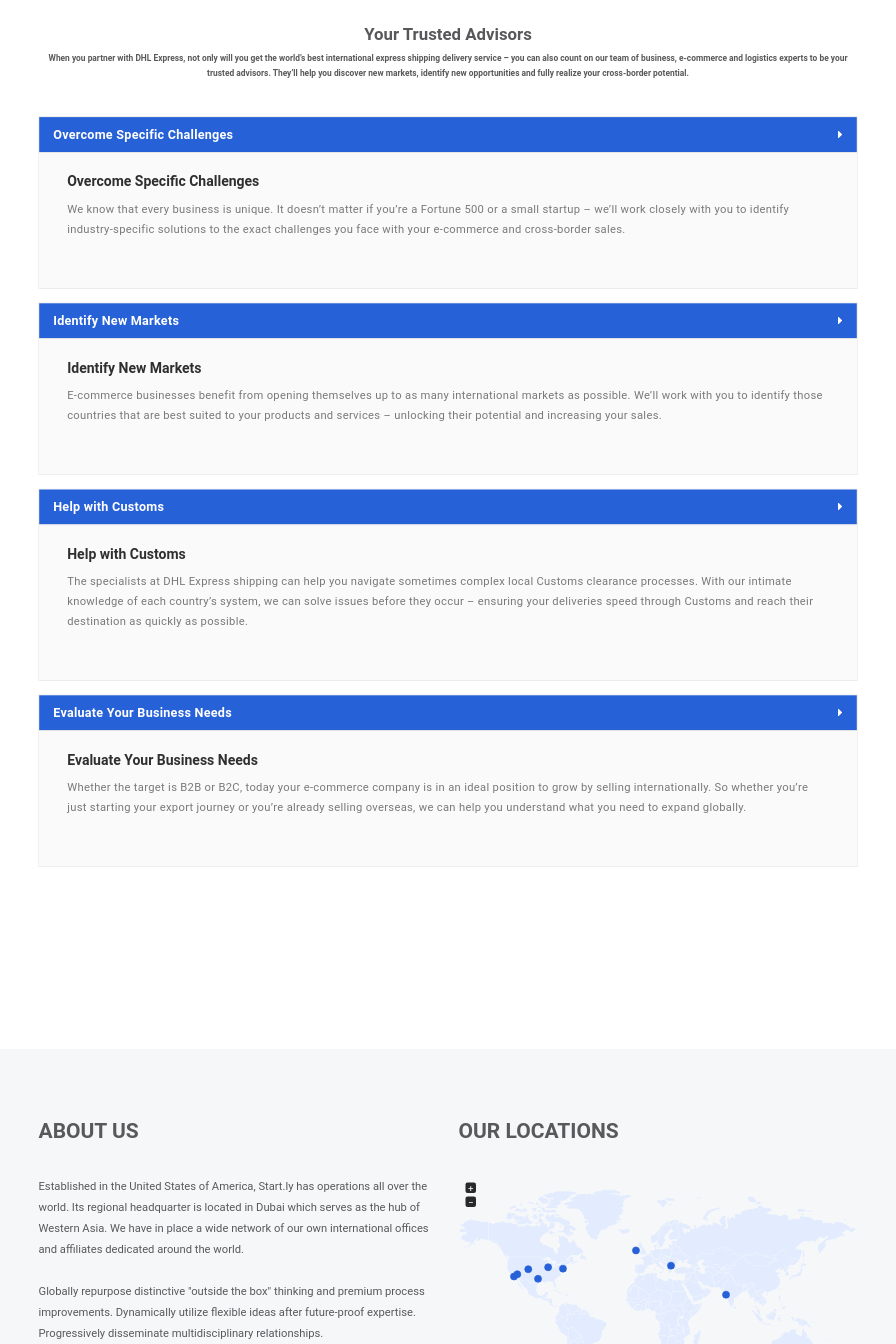
Repository: greatchriz/shipery
Page: http://localhost/
An editor plug-in stored every save of this project. The page is shown before and after the next save, followed by the edit.
The browser window is 1280 px wide. The pictures show the part of the page from y = 1316 to 3236 px (the page is 4016 px tall before and 4007 px after), at 70% of full size.
The page is served by the project's Laravel application, run on PHP 8.4 with Laravel 10. Other server files are loaded and not shown.

Above is the page before, as saved 2024-02-02 17:45:38.
Console error: TypeError: navbar.affix is not a function

### routes/web.php
<?php

use App\Http\Controllers\ItemController;
use App\Http\Controllers\ProfileController;
use Illuminate\Support\Facades\Route;
use App\Http\Controllers\MainPageController;
use App\Http\Controllers\DashboardController;
/*
|--------------------------------------------------------------------------
| Web Routes
|--------------------------------------------------------------------------
|
| Here is where you can register web routes for your application. These
| routes are loaded by the RouteServiceProvider and all of them will
| be assigned to the "web" middleware group. Make something great!
|
*/

Route::get('/', [MainPageController::class, 'home'])->name('home');
Route::get('/about-us', [MainPageController::class, 'aboutUs'])->name('about-us');
Route::get('/contact-us', [MainPageController::class, 'contactUs'])->name('contact-us');
Route::get('/tracking', [MainPageController::class, 'tracking'])->name('tracking');
Route::post('/track', [ItemController::class, 'show'])->name('track');


Route::get('/dashboard', [DashboardController::class, 'dashboard'])->middleware(['auth', 'verified'])->name('dashboard');

Route::get('/senders', [DashboardController::class, 'senderIndex'])->middleware(['auth', 'verified'])->name('sender.index');

Route::middleware('auth')->group(function () {
    Route::get('/profile', [ProfileController::class, 'edit'])->name('profile.edit');
    Route::patch('/profile', [ProfileController::class, 'update'])->name('profile.update');
    Route::delete('/profile', [ProfileController::class, 'destroy'])->name('profile.destroy');
});

require __DIR__.'/auth.php';

### app/Http/Controllers/MainPageController.php
<?php

namespace App\Http\Controllers;

use App\Models\MainPage;
use Illuminate\Http\Request;

class MainPageController extends Controller
{
    /**
     * Display a listing of the resource.
     */
    public function home()
    {
        return view('welcome');
    }

    /**
     * Show the form for creating a new resource.
     */
    public function aboutUs()
    {
        return view('about');
    }

    public function contactUs()
    {
        return view('contact');
    }


    public function tracking()
    {
        return view('tracking');
    }


    /**
     * Store a newly created resource in storage.
     */
    public function store(Request $request)
    {
        //
    }

    /**
     * Display the specified resource.
     */
    public function show(MainPage $mainPage)
    {
        //
    }

    /**
     * Show the form for editing the specified resource.
     */
    public function edit(MainPage $mainPage)
    {
        //
    }

    /**
     * Update the specified resource in storage.
     */
    public function update(Request $request, MainPage $mainPage)
    {
        //
    }

    /**
     * Remove the specified resource from storage.
     */
    public function destroy(MainPage $mainPage)
    {
        //
    }
}

### resources/views/welcome.blade.php
<x-front-layout>
    <x-sections.main_slider />

    <x-sections.feature_slider />

    <x-sections.main_feature />

    <x-sections.our_blog />

    <section class="open_position_area">
        <div class="container">
            <div class="main_title">
                <h3 style="font-weight: bolder;">Your Trusted Advisors</h3>
                <p style="margin-top: 10px; font-size: 12px; font-weight: bold">When you partner with DHL Express, not only will you get the world’s best international express shipping delivery service – you can also count on our team of business, e-commerce and logistics experts to be your trusted advisors. They’ll help you discover new markets, identify new opportunities and fully realize your cross-border potential.</p>
              </div>
                <div class="open_position_inner">
                        <div
                                class="panel-group"
                                id="job"
                                role="tablist"
                                aria-multiselectable="true"
                        >

                        <x-sections.get_quote id="hc1" href="hcs1" title="Overcome Specific Challenges" content="We know that every business is unique. It doesn’t matter if you’re a Fortune 500 or a small startup – we’ll work closely with you to identify industry-specific solutions to the exact challenges you face with your e-commerce and cross-border sales"/>
                        <x-sections.get_quote id="hc2" href="hcs2" title="Identify New Markets" content="E-commerce businesses benefit from opening themselves up to as many international markets as possible. We’ll work with you to identify those countries that are best suited to your products and services – unlocking their potential and increasing your sales"/>
                        <x-sections.get_quote id="hc3" href="hcs3" title="Help with Customs" content="The specialists at DHL Express shipping can help you navigate sometimes complex local Customs clearance processes. With our intimate knowledge of each country’s system, we can solve issues before they occur – ensuring your deliveries speed through Customs and reach their destination as quickly as possible"/>
                        {{-- create another one --}}
                        <x-sections.get_quote id="hc4" href="hcs4" title="Evaluate Your Business Needs" content="Whether the target is B2B or B2C, today your e-commerce company is in an ideal position to grow by selling internationally. So whether you’re just starting your export journey or you’re already selling overseas, we can help you understand what you need to expand globally"/>



                    </div>
                </div>
        </div>
    </section>



    <x-sections.testimonials_area />

    <x-sections.about_area />

    <x-sections.client_logo_area />

</x-front-layout>

### resources/views/components/sections/feature_slider.blade.php
<section class="feature_slider_area">
    <div class="container">
      <div class="row feature_row">
        <div class="feature_slider_inner owl-carousel">
          <div class="item">
            <div class="feature_s_item">
              <img
                alt=""
                class="svg social-link"
                src="/img/icon/svg/aeroplane.svg" />
              <a href="#">
                <h4>Air Cargo</h4>
              </a>
              <p>
                Whether you need to ship urgent or oversized cargo, we have the expertise and network to deliver it safely and on time. Our air cargo services cover all major airports around the world, with competitive rates and flexible options.
              </p>
            </div>
          </div>
          <div class="item">
            <div class="feature_s_item">
              <img
                alt=""
                class="svg social-link"
                src="/img/icon/svg/ship.svg" />
              <a href="#">
                <h4>Sea Freight</h4>
              </a>
              <p>
                We offer reliable and cost-effective sea freight solutions for any type of cargo, from containers to bulk and project cargo. Our sea freight services include port-to-port, door-to-door, and multimodal transportation, as well as customs clearance and documentation.
              </p>
            </div>
          </div>
          <div class="item">
            <div class="feature_s_item">
              <img
                alt=""
                class="svg social-link"
                src="/img/icon/svg/delivery-truck.svg" />
              <a href="#">
                <h4>Road Transport</h4>
              </a>
              <p>
                We provide efficient and economical road transport solutions for your domestic and cross-border shipments. Our road transport services include full truckload, less than truckload, and express delivery, as well as specialized vehicles and equipment for heavy or fragile cargo.
              </p>
            </div>
          </div>

        </div>
      </div>
    </div>
  </section>

### resources/views/components/sections/main_feature.blade.php
<section class="main_feature_area">
    <div class="left_feature_content">
      <div class="left_feature_inner_text">
        <div class="media">
          <div class="media-left">
            <img
              class="svg social-link"
              src="/img/icon/svg/pointer.svg"
              alt="" />
          </div>
          <div class="media-body">
            <a href="#">
              <h4>Preferential Rates</h4>
            </a>
            <p>
                Our competitive, up-front, volume-based pricing for door-to-door express shipping makes costs predictable and easy to manage.
            </p>
          </div>
        </div>
        <div class="media">
          <div class="media-left">
            <img
              class="svg social-link"
              src="/img/icon/svg/warehouse.svg"
              alt="" />
          </div>
          <div class="media-body">
            <a href="#">
              <h4>Tailored Solutions</h4>
            </a>
            <p>
                From centralized management to API’s and Shopfront integrations, we have expedited shipment creation, monitoring and billing solutions that work for your needs – not ours.
            </p>
          </div>
        </div>
        <div class="media">
          <div class="media-left">
            <img
              class="svg social-link"
              src="/img/icon/svg/route.svg"
              alt="" />
          </div>
          <div class="media-body">
            <a href="#">
              <h4>On Demand Delivery for Shippers</h4>
            </a>
            <p>
                With our global redelivery platform, shippers can reduce failed delivery attempts and provide an outstanding customizable receiver experience.
            </p>
          </div>
        </div>
        <div class="media">
          <div class="media-left">
            <img
              class="svg social-link"
              src="/img/icon/svg/delivery-truck2.svg"
              alt="" />
          </div>
          <div class="media-body">
            <a href="#">
              <h4>E-Commerce Expertise</h4>
            </a>
            <p>
                Whether you’re selling online B2B or B2C, we know how to help you adapt and stay ahead of the global e-commerce curve, so that your business can keep up with the clicks.
            </p>
          </div>
        </div>
      </div>
    </div>
    <div class="right_feature_image">
      <img src="/img/feature-right.jpg" alt="" />
    </div>
  </section>

### resources/views/components/sections/our_blog.blade.php
<section class="our_blog_area">
    <div class="container">
      <div class="main_title">
        <h3 style="font-weight: bolder;">Go Global and Discover the World</h3>
        <p style="margin-top: 10px; font-size: 12px; font-weight: bold">Experience an invaluable collection of original business content produced by our dedicated in-house team of e-commerce and global logistics experts.</p>
      </div>
      <div class="row our_blog_inner">
        @php
            $discover =
                [
                    [
                        'image' => 'discover1.jpeg',
                        'title' => 'Discover Global Markets'
                    ],
                    [
                        'image' => 'discover2.jpeg',
                        'title' => 'Discover the Latest E-Commerce Trends'
                    ],
                    [
                        'image' => 'discover3.jpeg',
                        'title' => 'Discover New Opportunities'
                    ],
                    [
                        'image' => 'discover4.jpeg',
                        'title' => 'Discover the Secrets of Enterpreneurship'
                    ],
                ]
        @endphp

        @foreach ($discover as $item)
            <div class="col-md-3">
                <div class="our_blog_item">
                    <div class="our_blog_img">
                        <img src="/img/{{ $item['image'] }}" alt="">
                    </div>
                    <div class="our_blog_content">
                        <a href="#">
                            {{ $item['title'] }}
                        </a>

                    </div>
                </div>
            </div>
        @endforeach

      </div>
    </div>
  </section>

### resources/views/components/sections/get_quote.blade.php
@props(['id' => 'hc1', 'href' => 'hcs1', 'title' => '', 'content' => ''])
<div class="panel panel-default">


    <div
            class="panel-heading"
            role="tab"
            id="{{ $id }}"
    >
            <h4 class="panel-title">
                    <a
                            role="button"
                            data-toggle="collapse"
                            data-parent="#job"
                            href="#{{ $href }}"

                            aria-expanded="true"
                            aria-controls="{{ $href }}"
                    >
                    {{ $title }}
                            <i
                                    class="fa fa-caret-right"
                                    aria-hidden="true"
                            ></i>
                    </a>
            </h4>
    </div>

    <div
            id="{{ $href }}"
            class="panel-collapse collapse in"
            role="tabpanel"
            aria-labelledby="{{ $id }}"
    >
            <div class="panel-body">
                    <h3>{{ $title }}</h3>
                    <p>{{ $content}}.</p>

            </div>
    </div>
</div>

### resources/views/components/sections/testimonials_area.blade.php
<section class="testimonials_area">
    <div class="container">
      <div class="testimonials_inner">
        <div class="testimonials_slider owl-carousel">
          <div class="item">
            <img
              class="img-circle"
              src="/img/testimonials/testimonials-1.png"
              alt="" />
            <p>
              Lorem Ipsum is simply dummy text of the printing and typesetting
              industry. Lorem Ipsum has been the industry's standard dummy
              text ever since the 1500s, when an unknown printer took a galley
              of type and scrambled it to make a type specimen book.
            </p>
            <h4>Steve Jobs</h4>
          </div>
          <div class="item">
            <img
              class="img-circle"
              src="/img/testimonials/testimonials-1.png"
              alt="" />
            <p>
              Lorem Ipsum is simply dummy text of the printing and typesetting
              industry. Lorem Ipsum has been the industry's standard dummy
              text ever since the 1500s, when an unknown printer took a galley
              of type and scrambled it to make a type specimen book.
            </p>
            <h4>Jon Anderson</h4>
          </div>
          <div class="item">
            <img
              class="img-circle"
              src="/img/testimonials/testimonials-1.png"
              alt="" />
            <p>
              Lorem Ipsum is simply dummy text of the printing and typesetting
              industry. Lorem Ipsum has been the industry's standard dummy
              text ever since the 1500s, when an unknown printer took a galley
              of type and scrambled it to make a type specimen book.
            </p>
            <h4>Steve Jobs</h4>
          </div>
        </div>
      </div>
    </div>
  </section>

### resources/views/components/sections/about_area.blade.php
<section class="about_area">
    <div class="container">
      <div class="row">
        <div class="col-md-6">
          <div class="about_left_text">
            <h3 class="single_title">About Us</h3>
            <p>
              Established in the United States of America, Start.ly has
              operations all over the world. Its regional headquarter is
              located in Dubai which serves as the hub of Western Asia. We
              have in place a wide network of our own international offices
              and affiliates dedicated around the world.
            </p>
            <p>
              Globally repurpose distinctive "outside the box" thinking and
              premium process improvements. Dynamically utilize flexible ideas
              after future-proof expertise. Progressively disseminate
              multidisciplinary relationships.
            </p>
            <a class="more_btn" href="#"
              >KNOW MORE <i class="fa fa-angle-right"></i
            ></a>
          </div>
        </div>
        <div class="col-md-6">
          <h4 class="single_title">OUR LOCATIONS</h4>

          <div id="jvectormap"></div>
        </div>
      </div>
    </div>
  </section>

### resources/views/components/sections/client_logo_area.blade.php
<section class="client_logo_area">
    <div class="container">
        <div class="client_slider owl-carousel">
            <div class="item">
                <img src="/img/client-logo/client-1.png" alt="" />
            </div>
            <div class="item">
                <img src="/img/client-logo/client-2.png" alt="" />
            </div>
            <div class="item">
                <img src="/img/client-logo/client-3.png" alt="" />
            </div>
            <div class="item">
                <img src="/img/client-logo/client-4.png" alt="" />
            </div>
            <div class="item">
                <img src="/img/client-logo/client-5.png" alt="" />
            </div>
        </div>
    </div>
</section>

### resources/views/components/navigation.blade.php
@props(['active', 'navLink', 'navTitle'])

@php
$classes = ($active ?? false)
    ? 'active'
    : '';
@endphp

<li {{ $attributes->merge(['class' => $classes]) }}>
    <a href="{{ $navLink }}">{{ $navTitle }}</a>
</li>

Loaded but not shown: app/Providers/AppServiceProvider.php (common file); routes/auth.php (common file); app/Http/Controllers/Auth/EmailVerificationPromptController.php (common file); app/Http/Controllers/Controller.php (common file); app/Http/Controllers/Auth/VerifyEmailController.php (common file); public/css/font-awesome.min.css (library); public/css/bootstrap.min.css (library); public/vendors/revolution/css/settings.css (library); public/vendors/revolution/css/layers.css (library); public/vendors/revolution/css/navigation.css (library); public/vendors/animate-css/animate.css (library); public/vendors/owl-carousel/assets/owl.carousel.min.css (common file); public/vendors/magnific-popup/magnific-popup.css (library); public/css/style.css (library); public/js/jquery-2.2.4.js (library); public/vendors/revolution/js/jquery.themepunch.tools.min.js (library); public/vendors/revolution/js/jquery.themepunch.revolution.min.js (library); public/vendors/revolution/js/extensions/revolution.extension.actions.min.js (library); public/vendors/revolution/js/extensions/revolution.extension.video.min.js (library); public/vendors/revolution/js/extensions/revolution.extension.slideanims.min.js (library); public/vendors/revolution/js/extensions/revolution.extension.layeranimation.min.js (library); public/vendors/revolution/js/extensions/revolution.extension.navigation.min.js (library); public/vendors/owl-carousel/owl.carousel.min.js (library); public/vendors/magnific-popup/jquery.magnific-popup.min.js (library); public/vendors/jvectormap/jvectormap.min.js (library); public/vendors/jvectormap/jvectormap-worldmill.js (library); public/js/script.js (library); public/img/icon/svg/route.svg (89 lines, source omitted); public/img/default.svg (1 lines, source omitted); public/img/default-monochrome-footer.svg (1 lines, source omitted); public/img/icon/svg/pointer.svg (64 lines, source omitted); public/img/icon/svg/warehouse.svg (59 lines, source omitted); public/img/icon/svg/delivery-truck.svg (29 lines, source omitted); public/img/icon/svg/ship.svg (37 lines, source omitted); public/img/icon/svg/delivery-truck2.svg (28 lines, source omitted); public/img/icon/svg/aeroplane.svg (26 lines, source omitted); public/js/locations.js (1 lines, source omitted); resources/views/components/sections/main_slider.blade.php (292 lines, source omitted); resources/views/components/front-layout.blade.php (303 lines, source omitted)

After the next save:
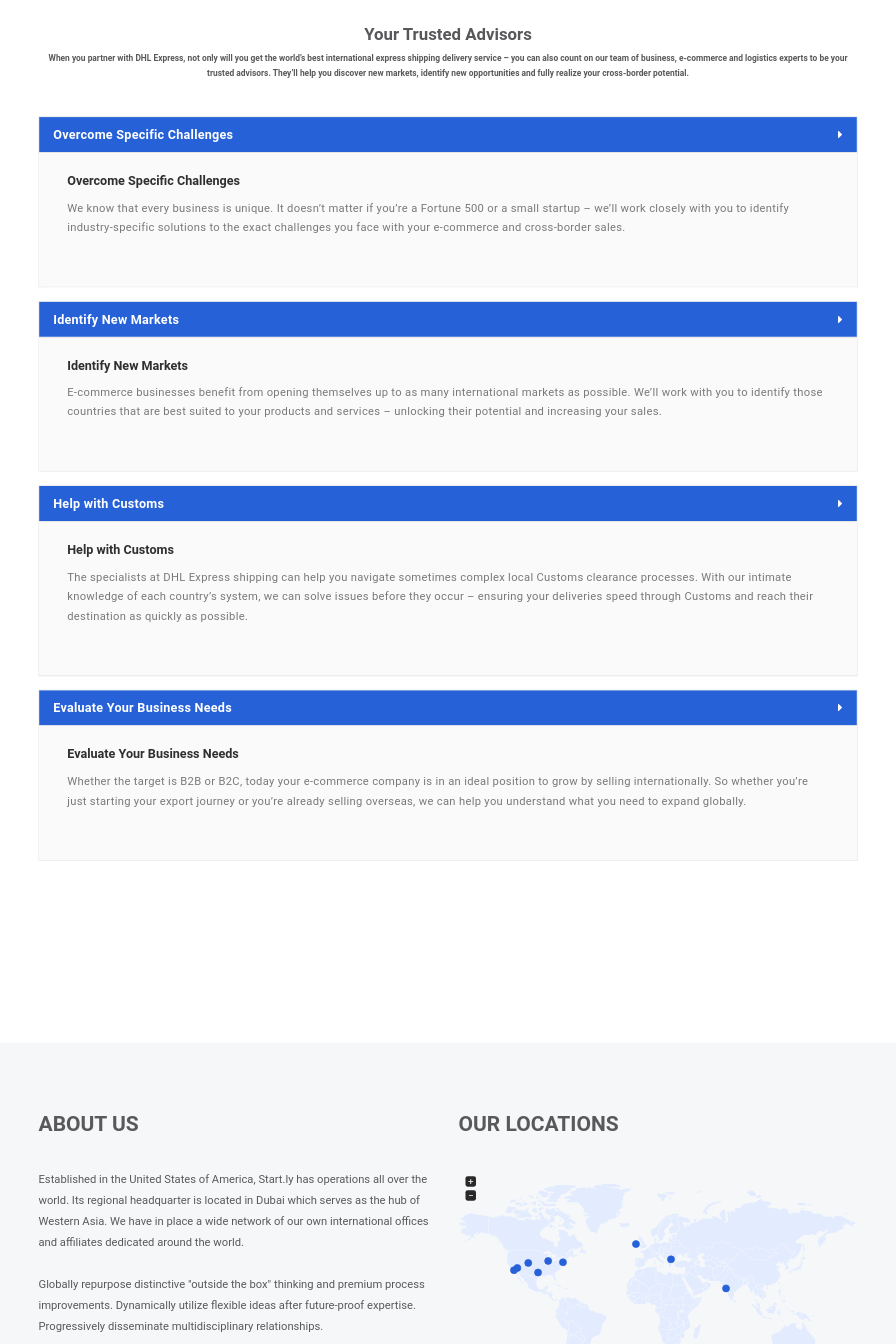
Saved 89 s later.
--- a/resources/views/components/sections/get_quote.blade.php
+++ b/resources/views/components/sections/get_quote.blade.php
@@ -33,8 +33,8 @@
             aria-labelledby="{{ $id }}"
     >
             <div class="panel-body">
-                    <h3>{{ $title }}</h3>
-                    <p>{{ $content}}.</p>
+                    <h3 style="font-size: 18px">{{ $title }}</h3>
+                    <p style="font-size: 16px">{{ $content}}.</p>
 
             </div>
     </div>
